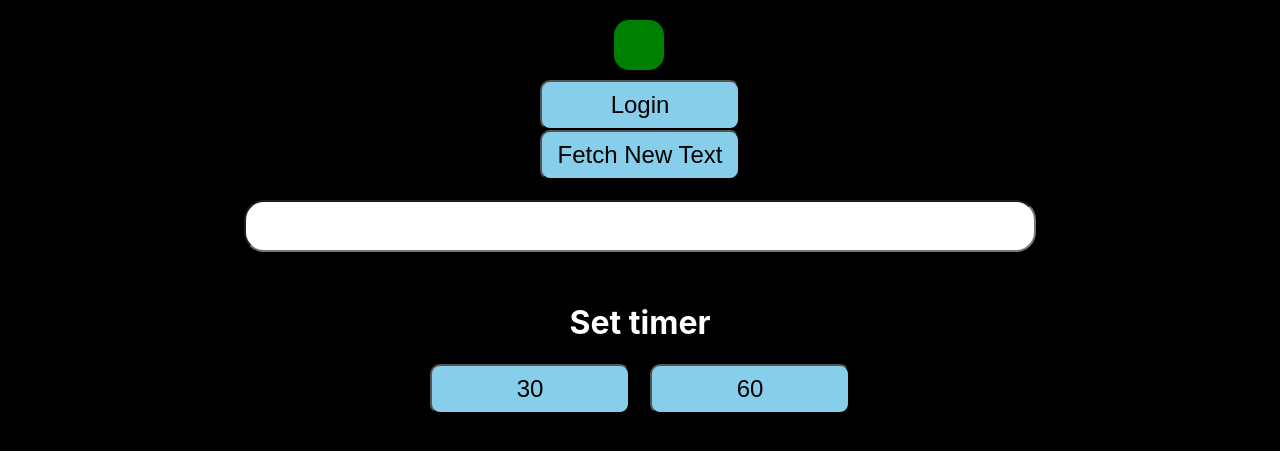
Repository: abhaysharma20233009/swiftKey
Page: / (app in frontend/my-app/)
The author's editor kept a copy of each file at every save. The page is drawn from the files as they stood at one save, then again after a run of saves.
The browser window is 1280 px wide. The pictures show the whole page.
The page's requests for data from a server got no answer. The project was rebuilt for these pictures with package versions that can differ from the ones it lists, and the page was loaded fresh each time. No one was signed in, and anything a server would have sent is missing. Also part of the build but not shown: frontend/my-app/src/Results.js, frontend/my-app/src/Login.js.

Above is the page before, as saved 2024-10-10 19:12:09.

### frontend/my-app/src/App.js
//App.js

import './App.css';
import React from 'react';
import { BrowserRouter as Router, Route, Routes } from 'react-router-dom';
import Swift from './Swifts';
import Results from './Results';
import Login from './Login';
const App = () => {
    return (
        <Router>
			<div className="App">
            <Routes>
                <Route path="/" element={<Swift />} />
                <Route path="/results" element={<Results />} />
                <Route path="/login" element={<Login />} />
            </Routes>
			</div>
        </Router>
    );
};

export default App;

### frontend/my-app/src/App.css
.App {
  text-align: center;
  color:white;
}

body{
  background-color:black;
}

.log{
  color:black;
  margin-left: 10px;
  margin-right: 10px;
  background-color: skyblue;
  border-radius: 10px;
  height:50px;
  width:200px;
  justify-self: end;
  font-size: x-large;
}




.in{
  border-radius:20px;
  font-size: 24px;
  width: 60%;
  padding: 10px;
  margin: 20px 0;
}

.hea{
  margin-top: 100px;
  margin-bottom: 50px;
  margin-left:25%;
  background-color: lightgray;
  font-size: 24px;
  background-color:green;
  width:50%;
  height:50px;
  border-radius:30px;
  text-align: center;
}

.lo{
  text-align:center;
}
.Timer{
  height:50px;
  font-size:30px;
  margin-bottom: 10px;
  background-color:green;
  width:50px;
  margin-left:48%;
  border-radius: 15px;
}

### frontend/my-app/src/Swifts.js
import React, { useState, useEffect } from 'react';
import { useNavigate, useLocation } from 'react-router-dom';

function Swifts() {
    const [message, setMessage] = useState('');
    const [inputValue, setInputValue] = useState('');
    const [currentWordIndex, setCurrentWordIndex] = useState(0);
    const [time, setTime] = useState(0);
    const navigate = useNavigate();
    const location = useLocation();
    const [countdown, setCountdown] = useState(null);
    const  [wordTyped,setWordTyped]=useState(0);

    // Retrieve username from location state

    const username = location.state?.username || '';
   const email=location.state?.email || '';
    const fetchMessages = async () => {
        try {
            const response = await fetch('http://localhost:7000/random-paragraph');
            const data = await response.json();
            if (data && typeof data === 'string') {
                setMessage(data);
                setInputValue('');
                setCurrentWordIndex(0);
            } else {
                console.error('Invalid data format:', data);
            }
        } catch (error) {
            console.error('Error fetching messages:', error);
        }
    };

    useEffect(() => {
        fetchMessages();
    }, []);



    const handleInputChange = (e) => {
        const value = e.target.value;
        setInputValue(value);

        const words = message.split(' ');
        const currentWord = words[currentWordIndex];

        if (currentWord && currentWord.startsWith(value.trim())) {
            if (value.trim() === currentWord) {
                setCurrentWordIndex((prevIndex) => prevIndex + 1);
                setInputValue('');
            }
        }
    };

    useEffect(() => {
        if (time > 0) {
            setCountdown(time); // Set countdown to the selected time
        }
    }, [time]);

    useEffect(() => {
        if (countdown > 0) {
            const timer = setInterval(() => {

                setCountdown((prev) => prev - 1);
            }, 1000);

            return () => clearInterval(timer);
        }
    }, [countdown]);
    useEffect(() => {
        if (time > 0) {
            setWordTyped(currentWordIndex*60/time);
            const timer = setTimeout(() => {
                navigate('/results', { state: { wordTyped, username ,email} });
            }, time * 1000);

            return () => clearTimeout(timer);
        }
    }, [time,currentWordIndex, wordTyped, navigate, username ,email]);
    const words = message.split(' ');
    const currentWord = words[currentWordIndex] || '';

    return (
        <div style={{ textAlign: 'center', marginTop: '20px' }}>
              <div class="Timer">{countdown}</div>
            {username && <h2>Welcome, {username}!</h2>}
            <button className="log" onClick={() => navigate('/login')}>Login</button>
            <br />
            <button className="log" onClick={fetchMessages}>Fetch New Text</button>
            <br />
            <input
                className='in'
                type="text"
                value={inputValue}
                onChange={handleInputChange}
                placeholder={currentWord.slice(inputValue.length)}
            />
            <div className="lo">
                <div style={{ fontSize: '24px', marginTop: '10px', textAlign: 'center', display: 'flex', flexWrap: 'wrap' }}>
                    {words.map((word, index) => {
                        const isCurrentWord = index === currentWordIndex;
                        const isTypedWord = index < currentWordIndex;

                        return (
                            <span
                                key={index}
                                style={{
                                    padding: '0 5px',
                                    color: isCurrentWord ? 'blue' : (isTypedWord ? 'gray' : 'white'),
                                    textDecoration: isTypedWord ? 'line-through' : 'none',
                                }}
                            >
                                {word}
                            </span>
                        );
                    })}
                </div>
            </div>
            <h1>Set timer</h1>
            <button className="log" onClick={() => setTime(30)}>30</button>
            <button className="log" onClick={() => setTime(60)}>60</button>


        </div>
    );
}

export default Swifts;

Loaded but not shown: frontend/my-app/public/index.html (common file); frontend/my-app/src/index.js (common file); frontend/my-app/src/index.css (common file); frontend/my-app/src/reportWebVitals.js (common file)

After the next 2 saves:
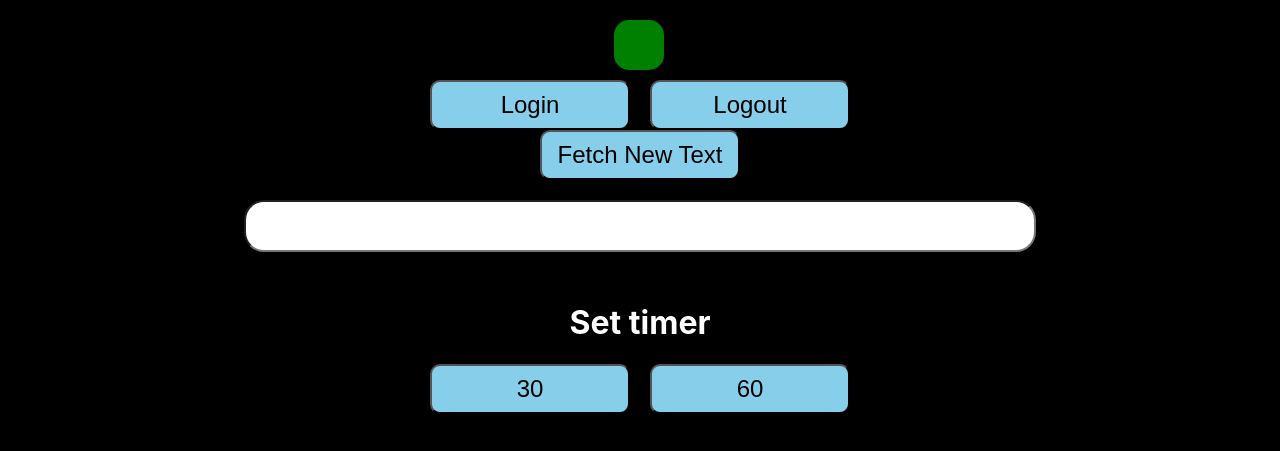
The 2 saves are shown as one change because 1 did not build or start.
The last was saved 7 min 31 s later.
--- a/frontend/my-app/src/Swifts.js
+++ b/frontend/my-app/src/Swifts.js
@@ -35,7 +35,9 @@ function Swifts() {
         fetchMessages();
     }, []);
 
+    const logout=()=>{
 
+    }
 
     const handleInputChange = (e) => {
         const value = e.target.value;
@@ -86,6 +88,7 @@ function Swifts() {
               <div class="Timer">{countdown}</div>
             {username && <h2>Welcome, {username}!</h2>}
             <button className="log" onClick={() => navigate('/login')}>Login</button>
+            <button className="log" onClick={logout}>Logout</button>
             <br />
             <button className="log" onClick={fetchMessages}>Fetch New Text</button>
             <br />
